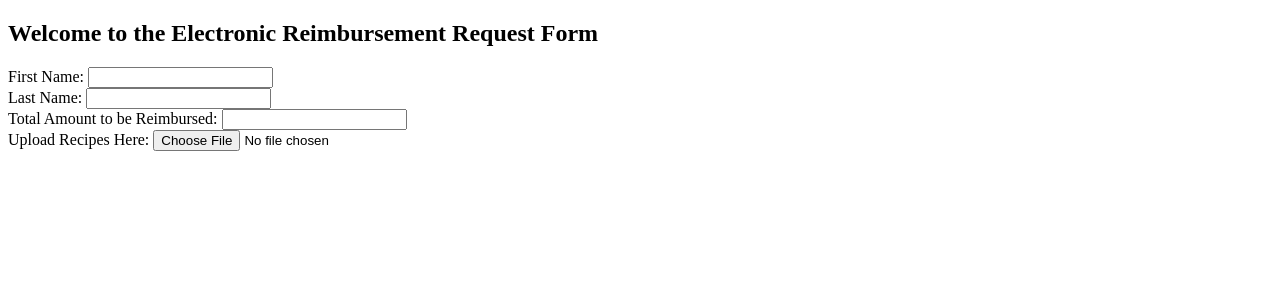
Repository: lharrill01/july_11_current_projects
Page: gres/src/main/java/gres/model/errfwelcome.html
An editor plug-in stored every save of this project. The page is shown before and after the next save, followed by the edit.
The browser window is 1280 px wide. The pictures show the whole page.

Above is the page before, as saved 2019-07-07 20:42:32.

### gres/src/main/java/gres/model/errfwelcome.html
<!DOCTYPE html>
<html>
<head>
<meta charset="ISO-8859-1">
<title>Welcome to the Electronic Reimbursement Request Form</title>
</head>
<h2>Welcome to the Electronic Reimbursement Request Form</h2>
<div>
<label> First Name: </label>
<input type="text" name="firstName">
</div>
<div>
<label> Last Name: </label>
<input type="text" name="lastName">
</div>
<div>
<label>Total Amount to be Reimbursed: </label>
<input type="text" name="rAmount">
</div>
<div>
<label> Upload Recipes Here: </label>
<input type="file" name="reciepts" accept="image/*">
</div>
<body>



</body>
</html>

After the next save:
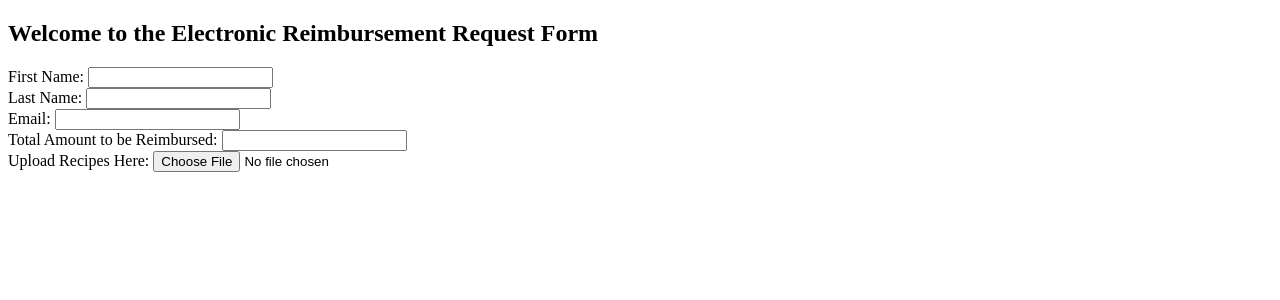
Saved 14 min 43 s later.
--- a/gres/src/main/java/gres/model/errfwelcome.html
+++ b/gres/src/main/java/gres/model/errfwelcome.html
@@ -14,6 +14,10 @@
 <input type="text" name="lastName">
 </div>
 <div>
+<label> Email: </label>
+<input type="email" name="emailaddress">
+</div>
+<div>
 <label>Total Amount to be Reimbursed: </label>
 <input type="text" name="rAmount">
 </div>
